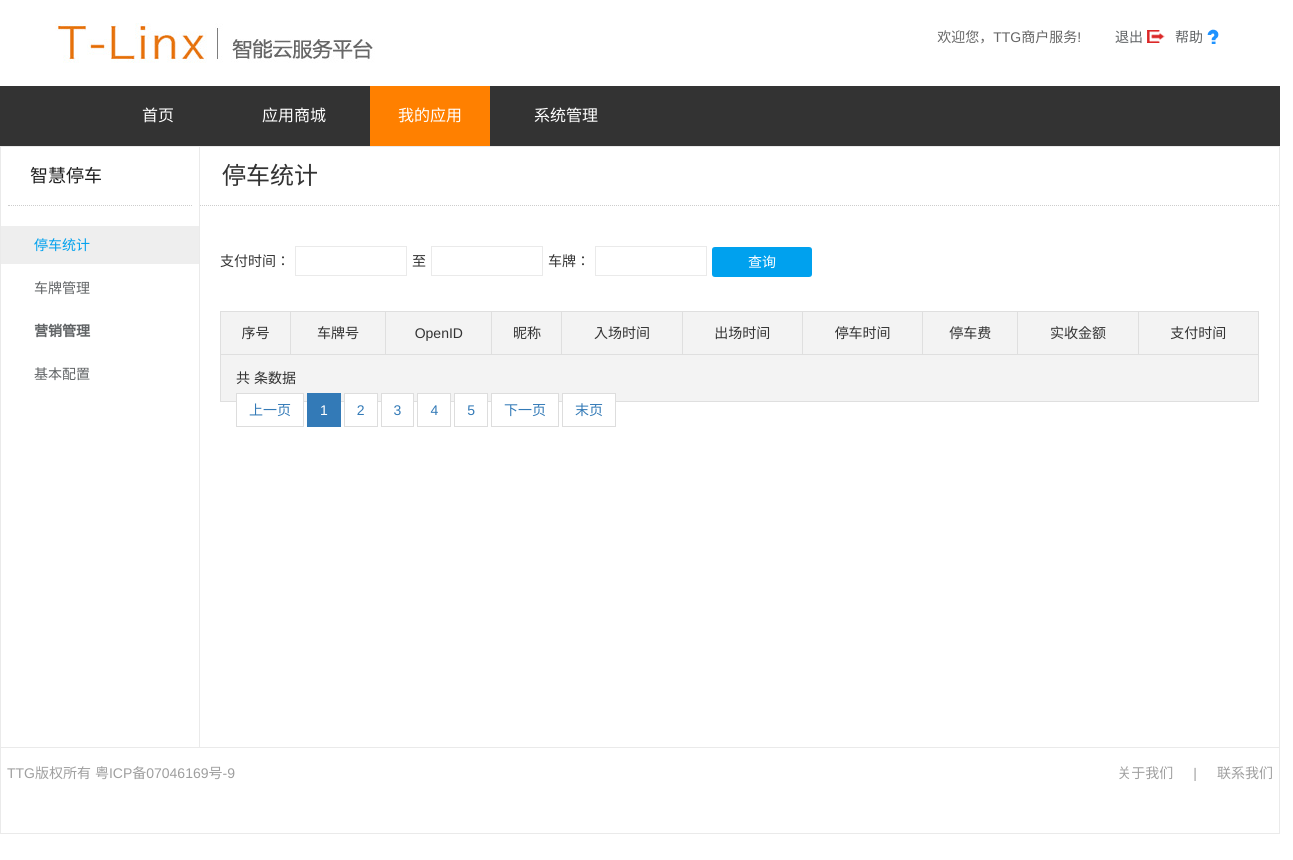
Repository: Keori/ParkCar
Page: admin/商户云/智慧停车/ParkComputed.html
An editor plug-in stored every save of this project. The page is shown before and after the next save, followed by the edit.
The browser window is 1280 px wide. The page is 1293 px wide, so the pictures cover 1293 px, including what lies to the right of the window. The pictures show the whole page.
The page's requests for data from a server got no answer.

Above is the page before, as saved 2018-12-24 12:10:08.

After the next save:
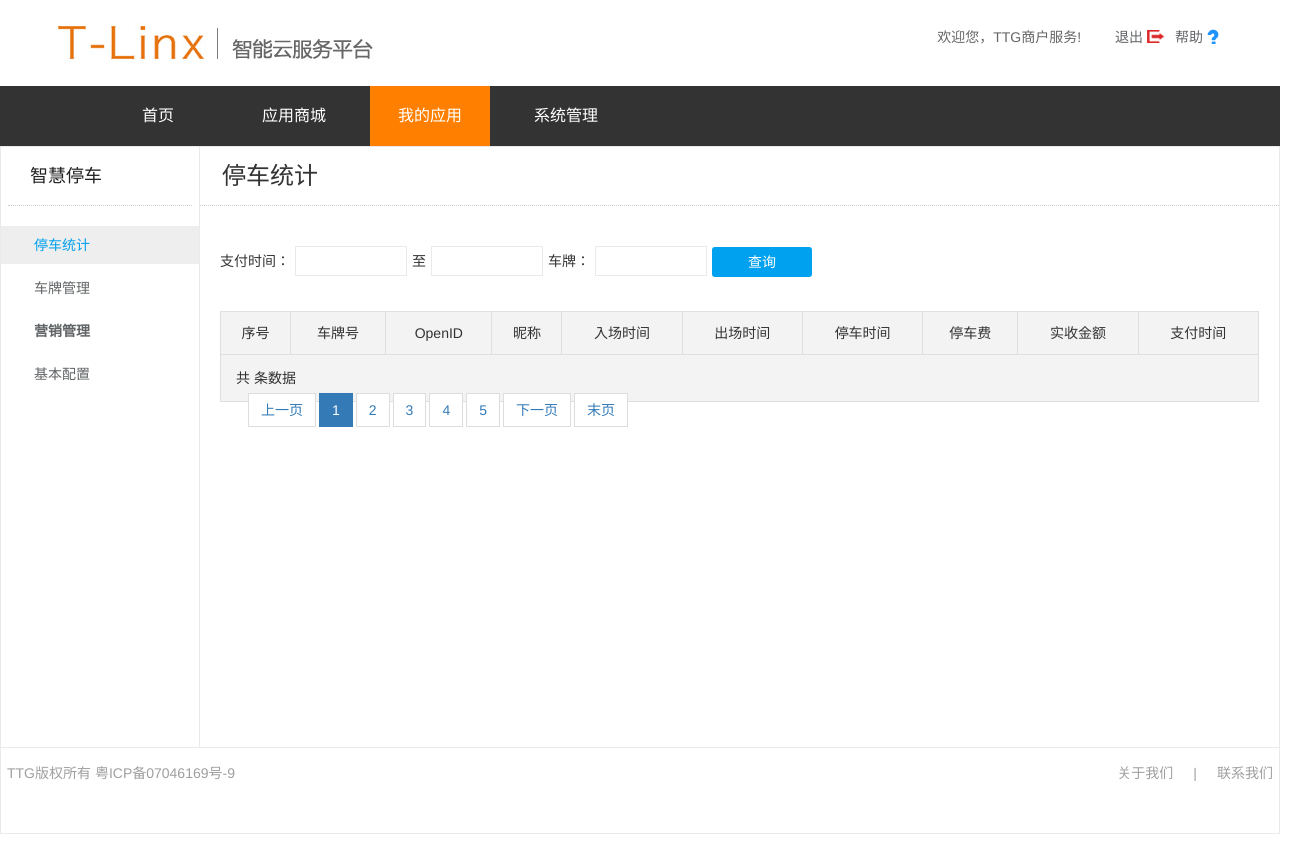
Saved 22 s later.
--- a/admin/商户云/智慧停车/ParkComputed.html
+++ b/admin/商户云/智慧停车/ParkComputed.html
@@ -229,6 +229,9 @@
 <script>
 </script>
 <style>
+.movepage{
+    margin-left: 12px
+}
 ul,li{
     margin: 0px;
     padding: 0px;
